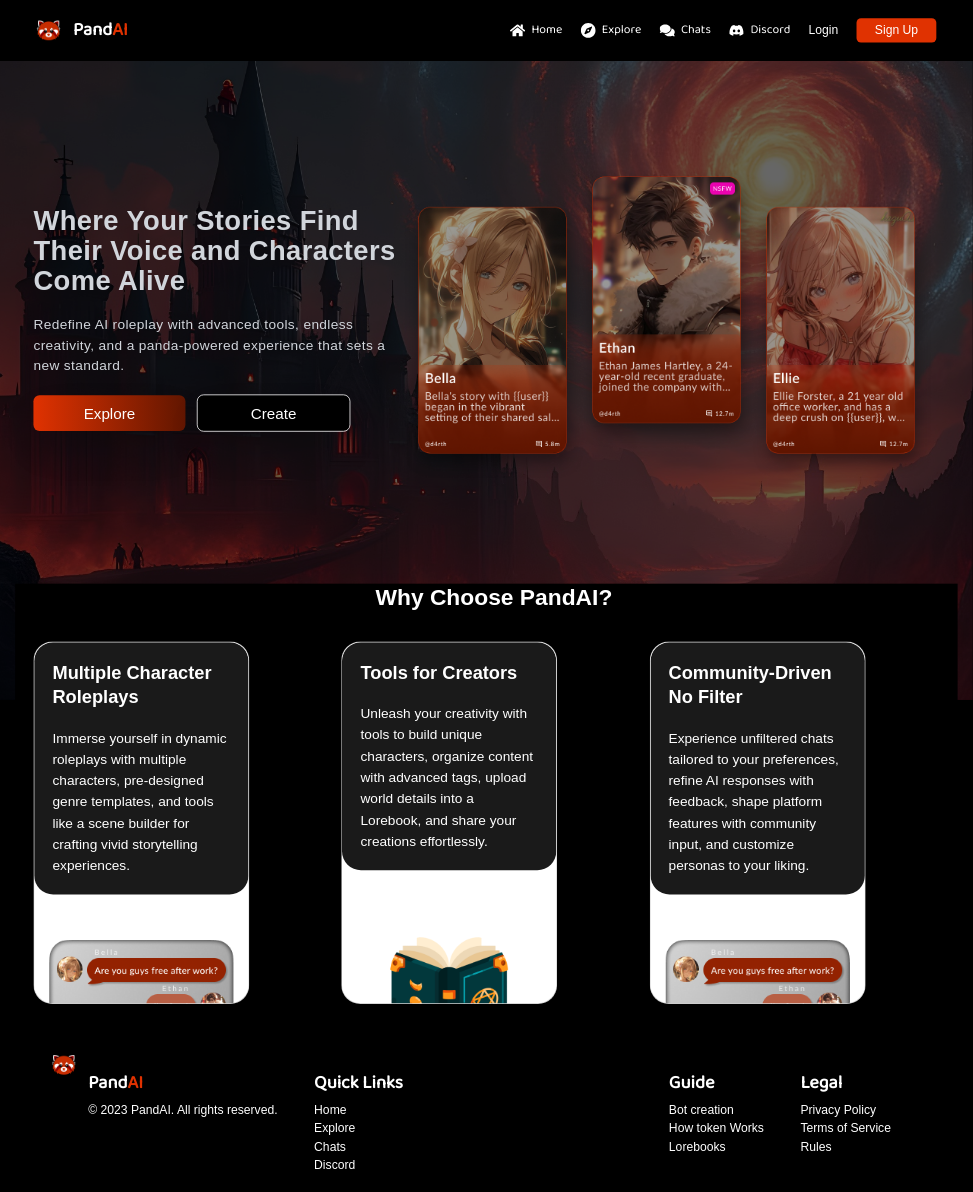
Repository: PandamoniumAI/Pandamonium
Page: /preview
These files come from the project's save history. The page is drawn as it stood at one moment and after the next save; the edit follows.
The browser window is 1280 px wide. The pictures show the whole page, at 76% of full size.
Some web libraries are served in a nearby version. The project was rebuilt for these pictures with package versions that can differ from the ones it lists, and the page was loaded fresh each time. Also part of the build but not shown: vite.config.js, src/Utils/Utils.js, src/Components/SearchBar/SearchBar.jsx, src/Components/CSS/CharacterCard.css, src/Components/CharacterCard/CharacterCard.jsx, src/Components/CSS/CharacterCardModal.css, src/Components/CharacterCardModal/CharacterCardModal.jsx, src/Components/CSS/Tags.css and 15 more.

Above is the page before, as saved 2025-01-01 21:30:03.

After the next save:
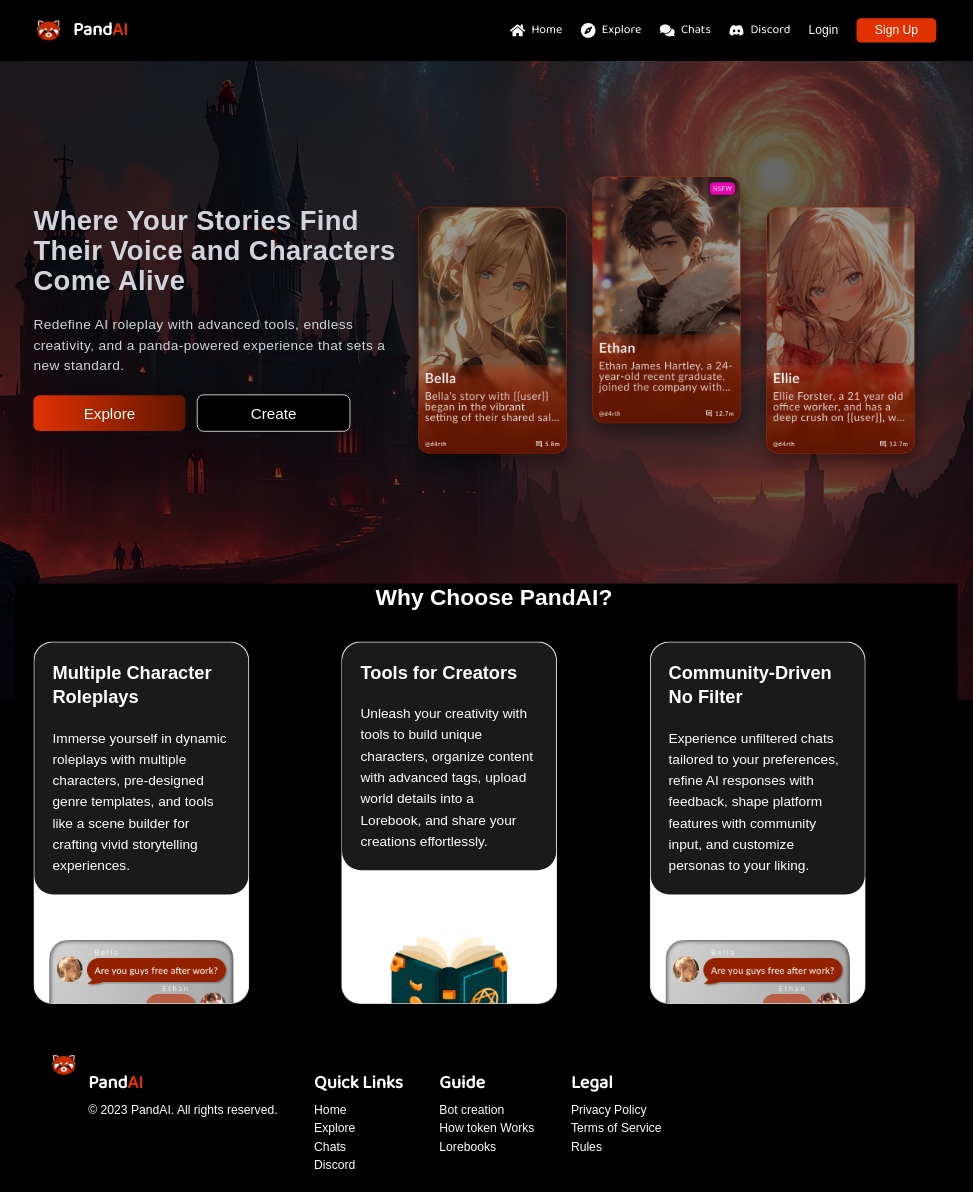
Saved 10 s later.
--- a/src/Preview/Preview.jsx
+++ b/src/Preview/Preview.jsx
@@ -159,7 +159,7 @@
             ))}
           </div>
 
-          <div className="Footer bg-black py-6 flex items-start pl-6 mt-10">
+<div className="Footer bg-black py-6 flex items-start pl-6 mt-10">
   <img className="w-8 h-8 mr-4 mb-[35px]" src={Animal} alt="Logo" />
   <div className="flex flex-col mr-12 mt-6">
     <h1 className="text-2xl font-bold font-baloo text-white">
@@ -170,7 +170,7 @@
     </p>
   </div>
 
-  <div className="Quicklinks mr-[350px] mt-6">
+  <div className="Quicklinks mr-12 mt-6">
     <h1 className="text-2xl font-bold font-baloo text-white">Quick Links</h1>
     <ul className="list-none pl-0 mt-2">
       <li className="text-white hover:text-[#E03201] transition">
